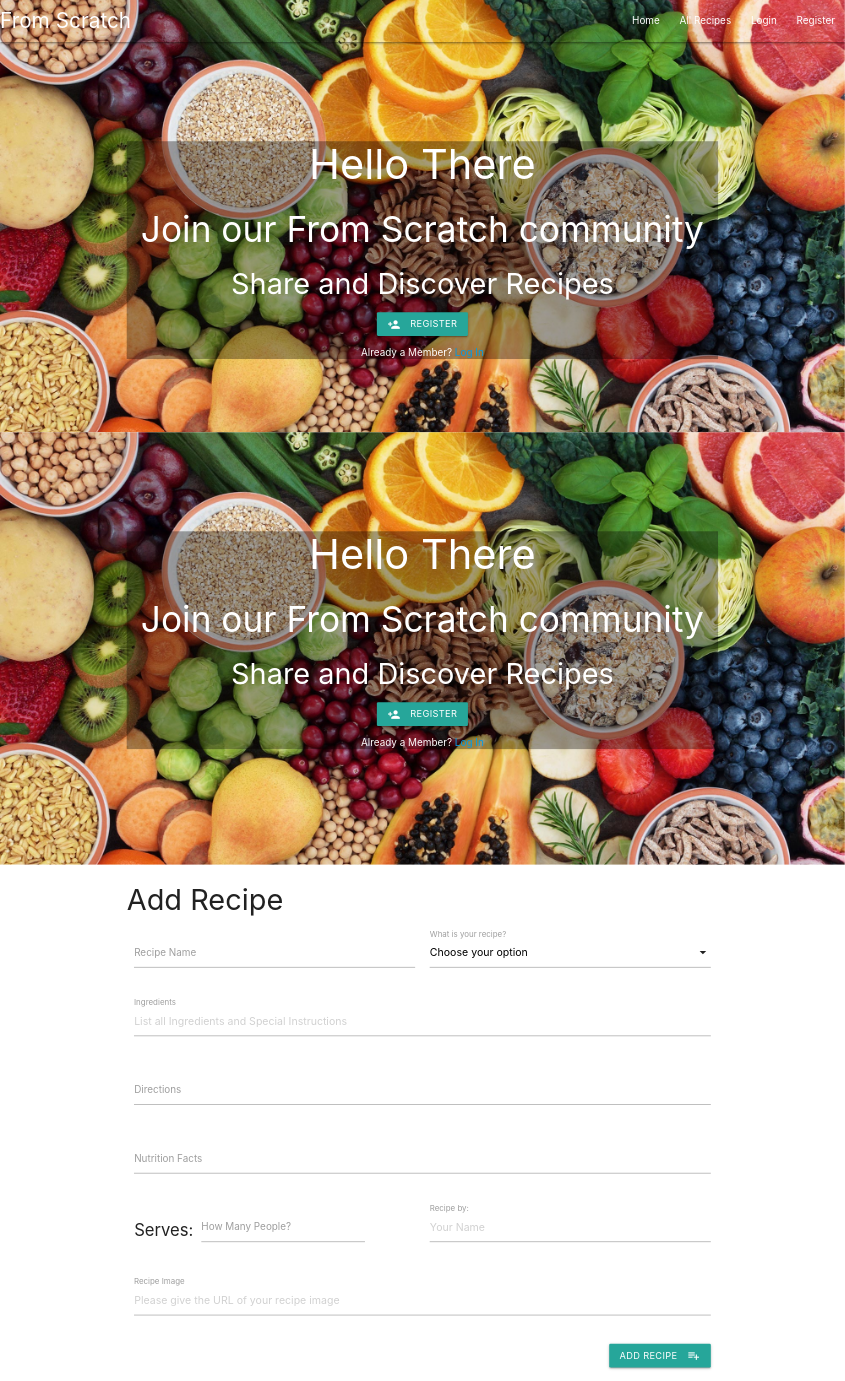
Repository: callendera/MilestoneProject3
Page: http://localhost/
The author's editor kept a record of every edit. The page is drawn from the files as they stood at one moment, then again after the next edit.
The browser window is 1280 px wide. The pictures show the whole page, at 66% of full size.
Backgrounds fixed to the window are drawn as part of the page. The page is served by the project's application, run on Flask 3 (recipe.py). Queries for data that is not in the repository find no rows.

Above is the page before.

After the next edit:
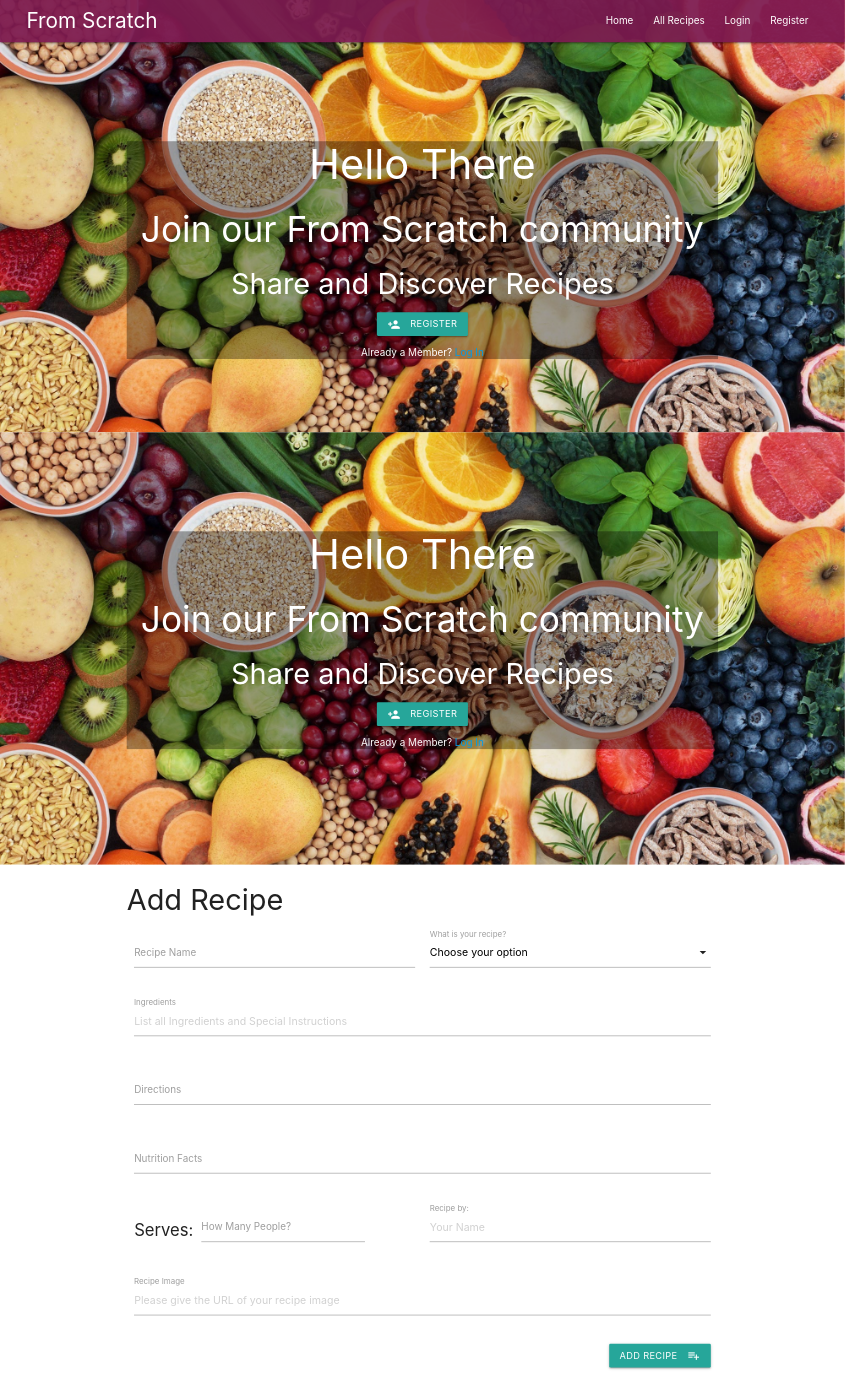
The edit:
--- a/static/css/style.css
+++ b/static/css/style.css
@@ -42,3 +42,13 @@
     height: 500px;
     width: 800px;
 }
+
+.recipe-row-margin {
+    margin-left: 80px;
+}
+
+.my-navbar-margin {
+    padding-left: 40px;
+    padding-right: 40px;
+    background-color: #7c1a50ed;
+}
